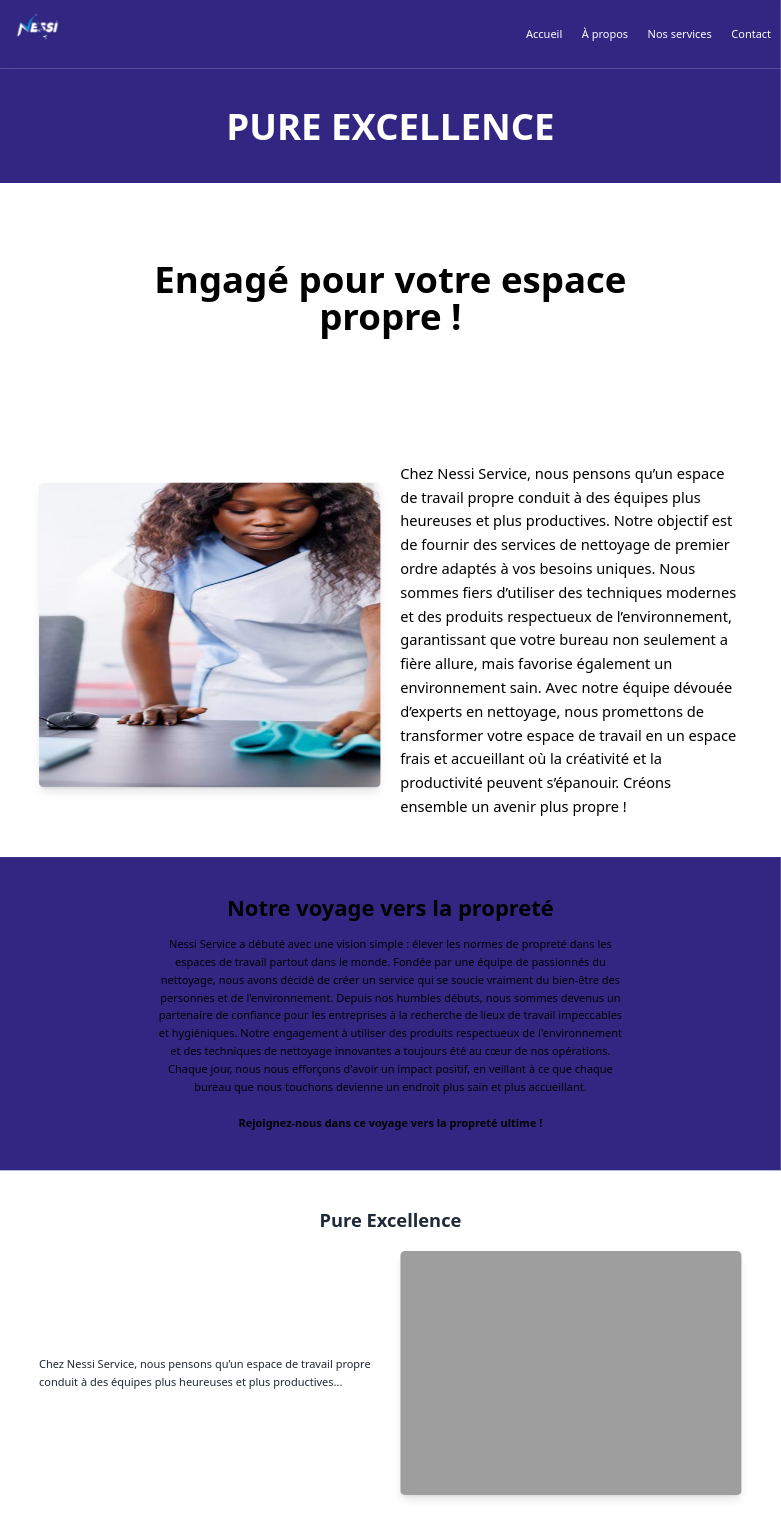
Repository: MDiouf9/Nessi
Page: /About
These files come from the project's save history. The page is drawn as it stood at one moment and after the next save; the edit follows.
The browser window is 1280 px wide. The pictures show the whole page, at 61% of full size.
Pictures or frames that could not be fetched are drawn as grey boxes. The project was rebuilt for these pictures with package versions that can differ from the ones it lists, and the page was loaded fresh each time. Also part of the build but not shown: vite.config.js, src/Global.css, src/App.css, src/components/Footer.jsx, src/Pages/Home.jsx, src/Pages/NotFound.jsx, src/components/Countries.jsx, src/Pages/Services.jsx and 1 more.

Above is the page before, as saved 2025-03-10 18:30:45.

After the next save:
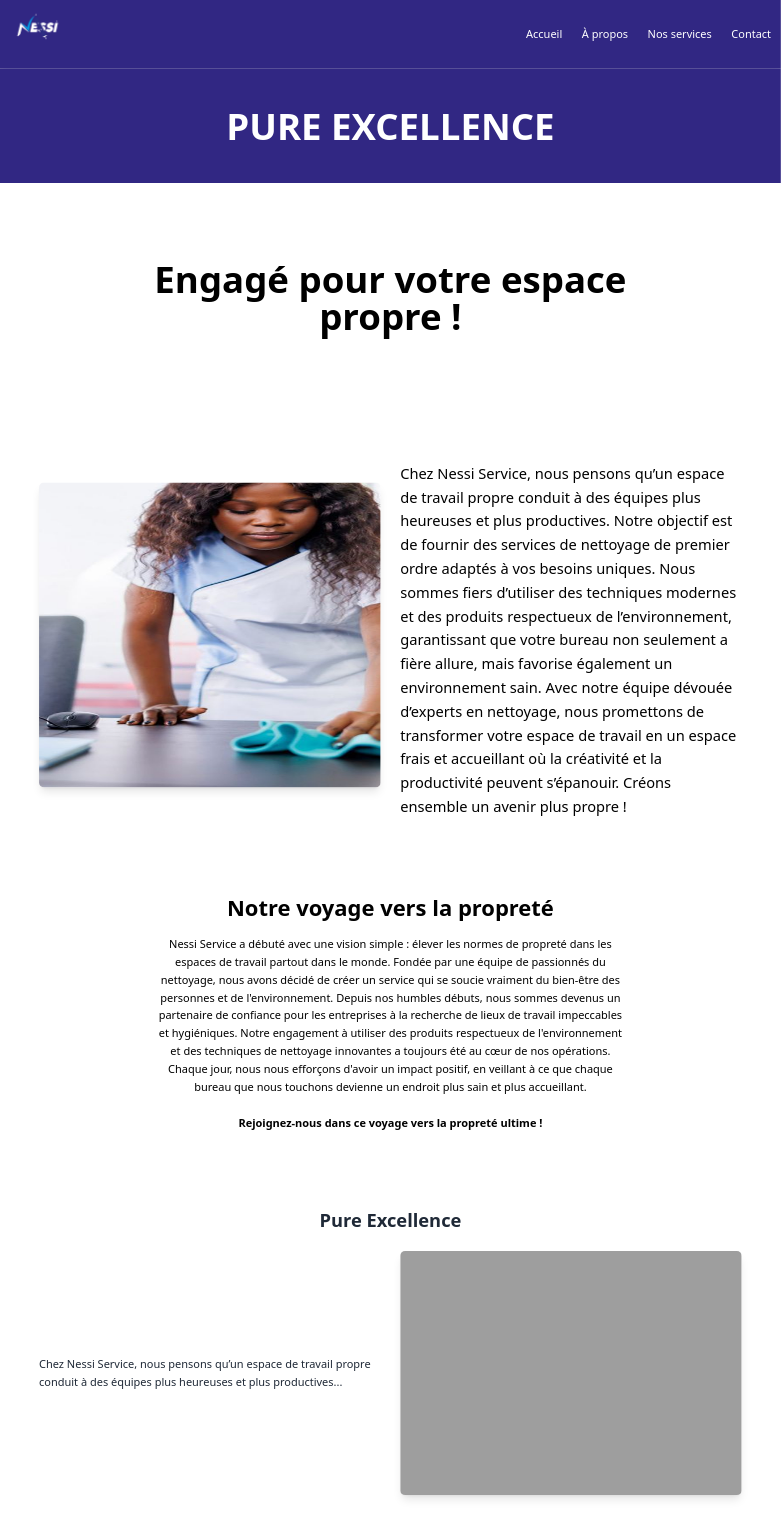
Saved 6 s later.
--- a/src/components/SectionTexte.jsx
+++ b/src/components/SectionTexte.jsx
@@ -1,6 +1,6 @@
 const OurJourneySection = () => {
     return (
-      <section className="bg-[#312783] text-black py-16 px-6 md:px-16">
+      <section className=" text-black py-16 px-6 md:px-16">
         <div className="container mx-auto text-center">
           {/* Titre */}
           <h2 className="text-4xl font-bold mb-6">Notre voyage vers la propreté</h2>
